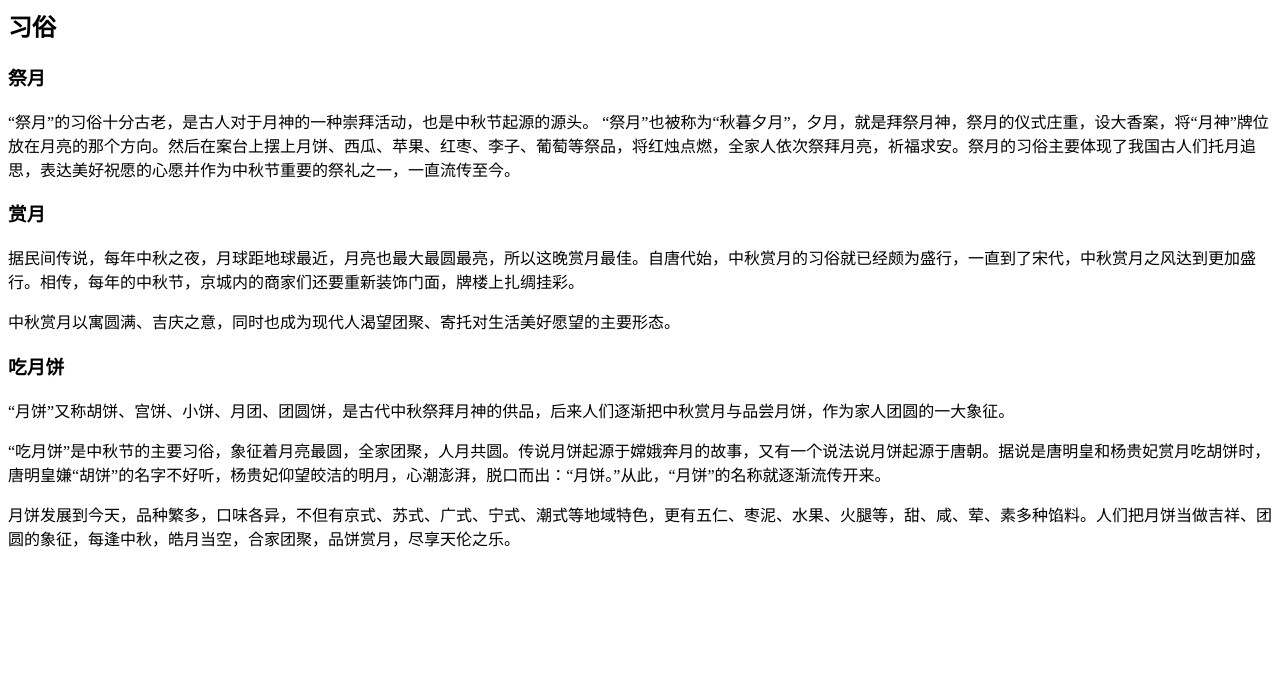
Repository: XueJie1/computer-operation-basics
Page: pages/midautumn/customs.html
An editor plug-in stored every save of this project. The page is shown before and after a run of saves, followed by the edit.
The browser window is 1280 px wide. The pictures show the whole page.

Above is the page before, as saved 2023-09-04 22:29:24.

### pages/midautumn/customs.html
<h2>习俗</h2>
<h3>祭月</h3>
<p>“祭月”的习俗十分古老，是古人对于月神的一种崇拜活动，也是中秋节起源的源头。
    “祭月”也被称为“秋暮夕月”，夕月，就是拜祭月神，祭月的仪式庄重，设大香案，将“月神”牌位放在月亮的那个方向。然后在案台上摆上月饼、西瓜、苹果、红枣、李子、葡萄等祭品，将红烛点燃，全家人依次祭拜月亮，祈福求安。祭月的习俗主要体现了我国古人们托月追思，表达美好祝愿的心愿并作为中秋节重要的祭礼之一，一直流传至今。
</p>
<h3>赏月</h3>
<p>据民间传说，每年中秋之夜，月球距地球最近，月亮也最大最圆最亮，所以这晚赏月最佳。自唐代始，中秋赏月的习俗就已经颇为盛行，一直到了宋代，中秋赏月之风达到更加盛行。相传，每年的中秋节，京城内的商家们还要重新装饰门面，牌楼上扎绸挂彩。

</p>
<p> 中秋赏月以寓圆满、吉庆之意，同时也成为现代人渴望团聚、寄托对生活美好愿望的主要形态。</p>
<h3>吃月饼</h3>
<p>“月饼”又称胡饼、宫饼、小饼、月团、团圆饼，是古代中秋祭拜月神的供品，后来人们逐渐把中秋赏月与品尝月饼，作为家人团圆的一大象征。</p>
<p>“吃月饼”是中秋节的主要习俗，象征着月亮最圆，全家团聚，人月共圆。传说月饼起源于嫦娥奔月的故事，又有一个说法说月饼起源于唐朝。据说是唐明皇和杨贵妃赏月吃胡饼时，唐明皇嫌“胡饼”的名字不好听，杨贵妃仰望皎洁的明月，心潮澎湃，脱口而出：“月饼。”从此，“月饼”的名称就逐渐流传开来。
</p>
<p>月饼发展到今天，品种繁多，口味各异，不但有京式、苏式、广式、宁式、潮式等地域特色，更有五仁、枣泥、水果、火腿等，甜、咸、荤、素多种馅料。人们把月饼当做吉祥、团圆的象征，每逢中秋，皓月当空，合家团聚，品饼赏月，尽享天伦之乐。</p>

After the next 2 saves:
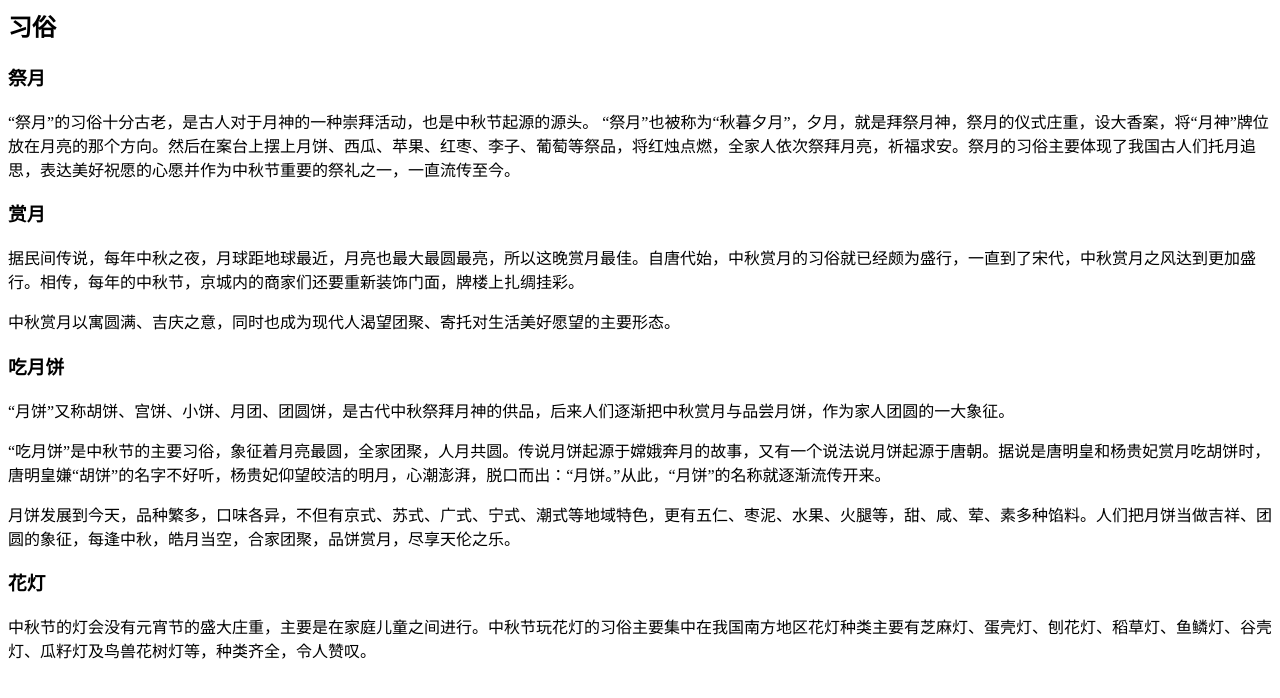
The 2 saves are shown as one change because they came seconds apart.
The last was saved 38 s later.
--- a/pages/midautumn/customs.html
+++ b/pages/midautumn/customs.html
@@ -13,3 +13,5 @@
 <p>“吃月饼”是中秋节的主要习俗，象征着月亮最圆，全家团聚，人月共圆。传说月饼起源于嫦娥奔月的故事，又有一个说法说月饼起源于唐朝。据说是唐明皇和杨贵妃赏月吃胡饼时，唐明皇嫌“胡饼”的名字不好听，杨贵妃仰望皎洁的明月，心潮澎湃，脱口而出：“月饼。”从此，“月饼”的名称就逐渐流传开来。
 </p>
 <p>月饼发展到今天，品种繁多，口味各异，不但有京式、苏式、广式、宁式、潮式等地域特色，更有五仁、枣泥、水果、火腿等，甜、咸、荤、素多种馅料。人们把月饼当做吉祥、团圆的象征，每逢中秋，皓月当空，合家团聚，品饼赏月，尽享天伦之乐。</p>
+<h3>花灯</h3>
+<p>中秋节的灯会没有元宵节的盛大庄重，主要是在家庭儿童之间进行。中秋节玩花灯的习俗主要集中在我国南方地区花灯种类主要有芝麻灯、蛋壳灯、刨花灯、稻草灯、鱼鳞灯、谷壳灯、瓜籽灯及鸟兽花树灯等，种类齐全，令人赞叹。</p>
